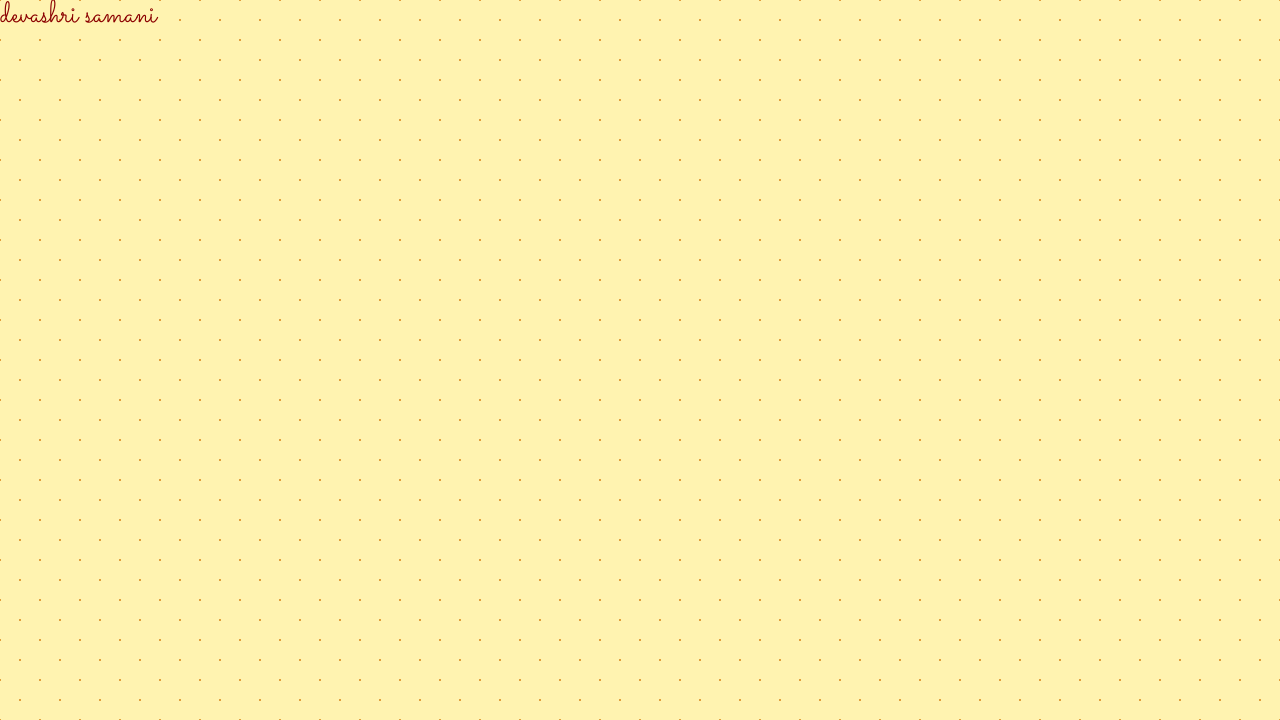
Repository: devashrisamani/devashrisamani.github.io
Page: index.html
An editor plug-in stored every save of this project. The page is shown before and after the next save, followed by the edit.
The browser window is 1280 px wide. The pictures show the whole page.

Above is the page before, as saved 2025-09-23 12:49:45.

After the next save:
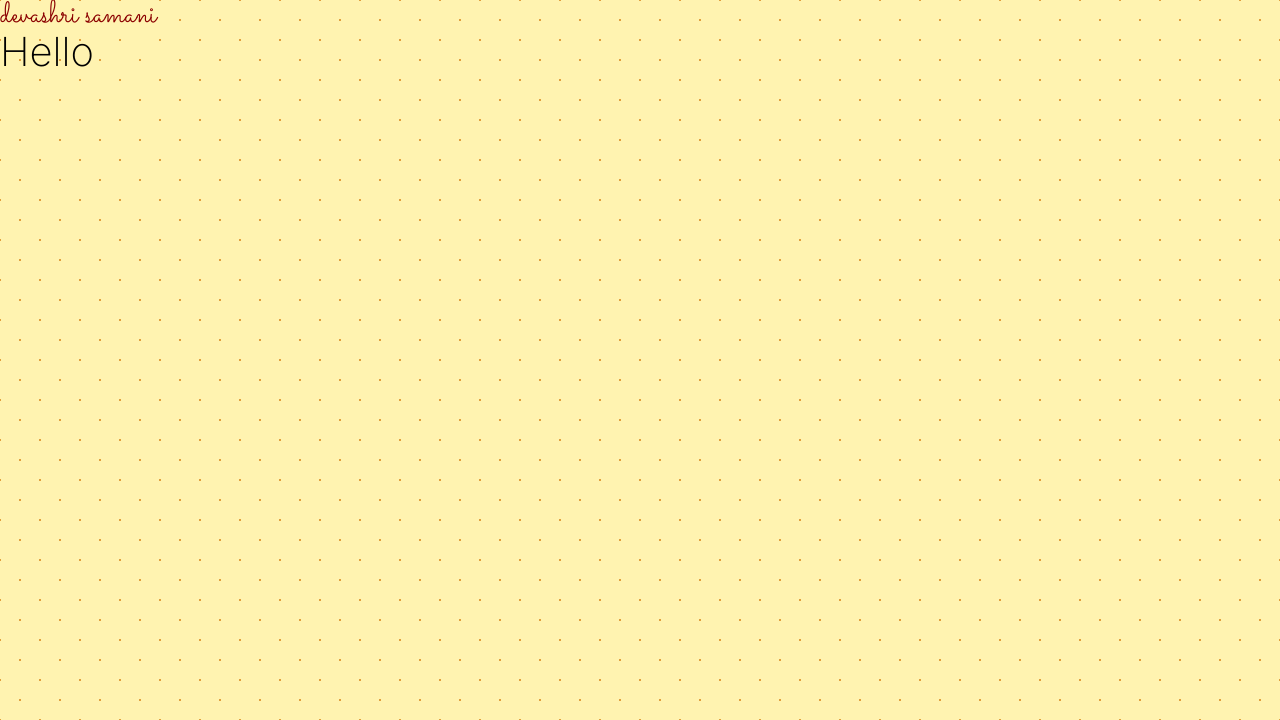
Saved 37 s later.
--- a/index.html
+++ b/index.html
@@ -17,8 +17,8 @@
     <link rel="stylesheet" href="/css/layout.css" />
     <link rel="stylesheet" href="/css/components.css" />
   </head>
-
   <body>
     <h2>devashri samani</h2>
+    <h1>Hello</h1>
   </body>
 </html>
